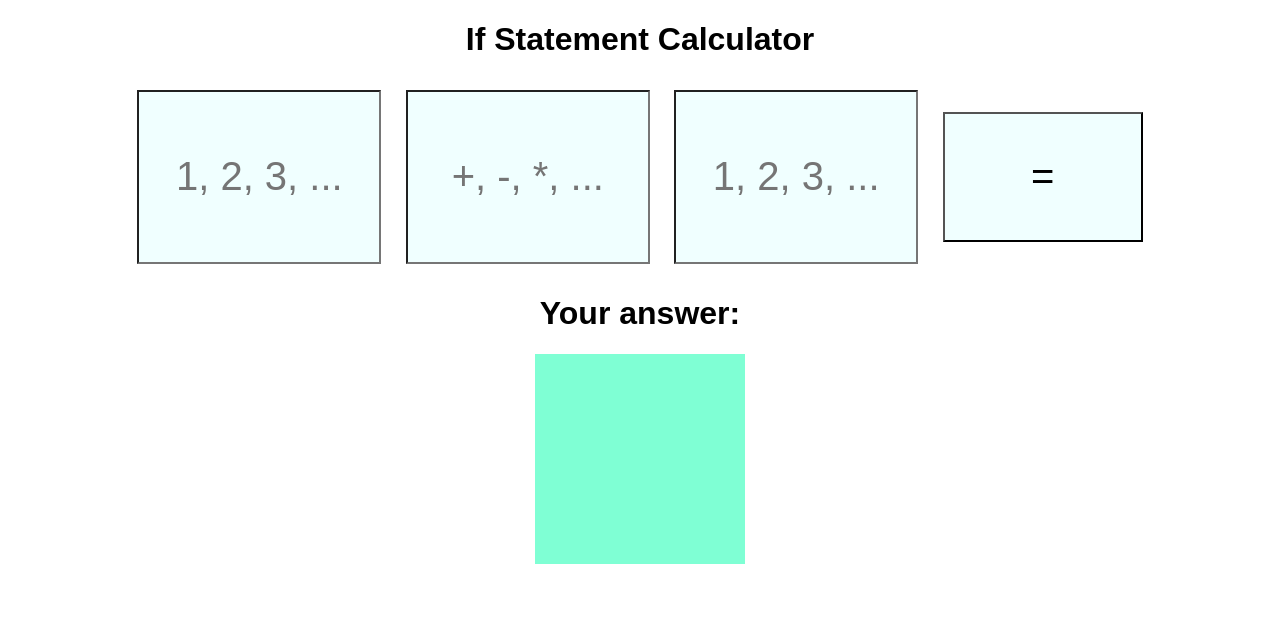
Repository: WesleyErasmus/threeInputCalculator
Page: html/if-calculator.html
The author's editor kept a copy of each file at every save. The page is drawn from the files as they stood at one save, then again after the next save.
The browser window is 1280 px wide. The pictures show the whole page.

Above is the page before, as saved 2022-04-27 22:17:41.

After the next save:
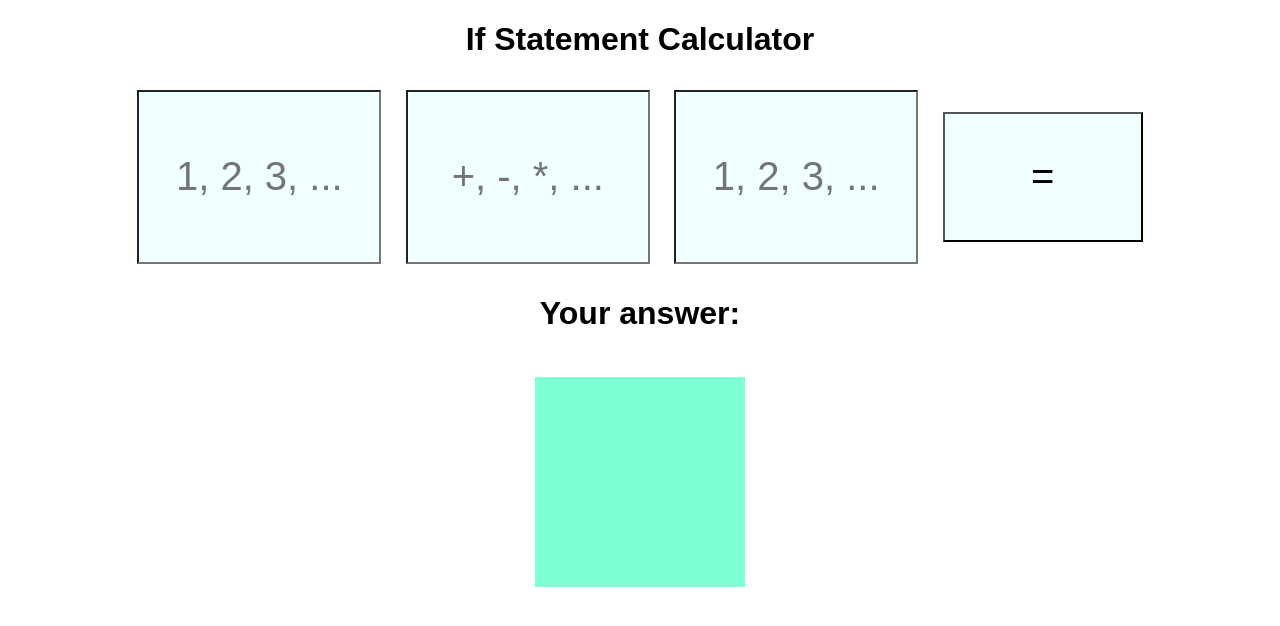
Saved 12 s later.
--- a/css/stylesheet.css
+++ b/css/stylesheet.css
@@ -25,5 +25,6 @@ button {
 p {
     width: 210px;
     height: 210px;
+    font-size: 45px;
     background-color: aquamarine;
 }
